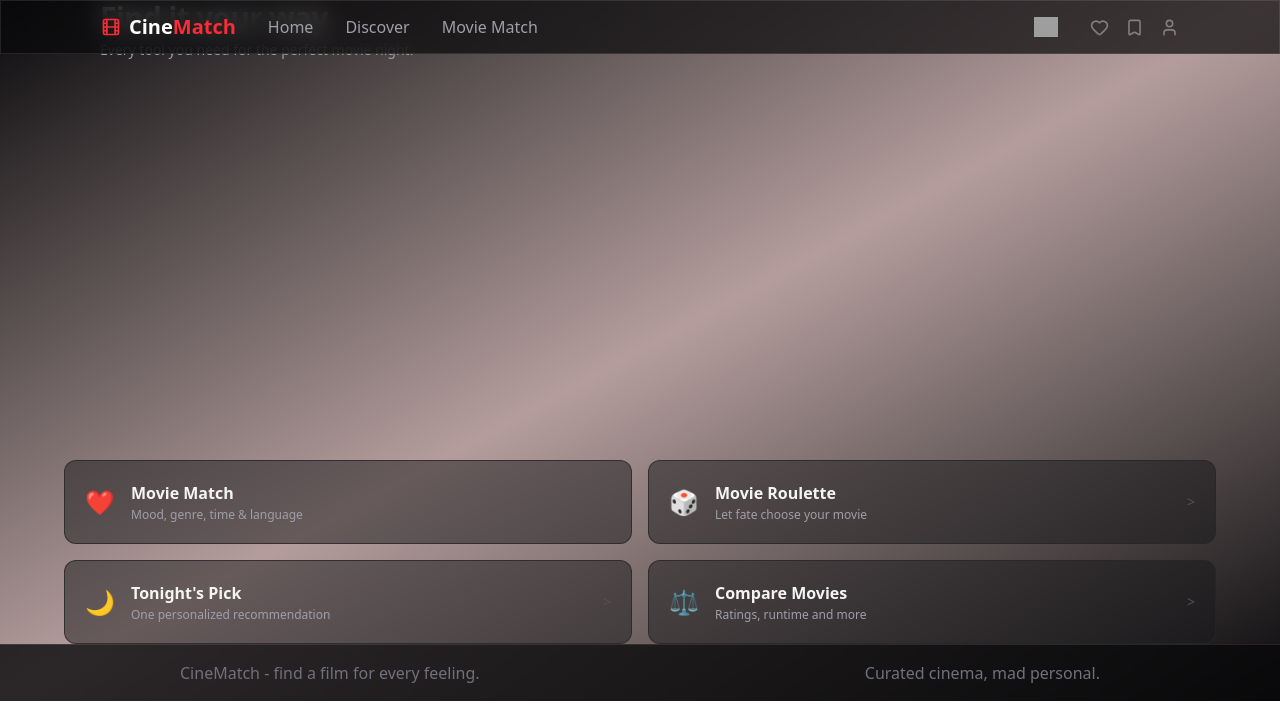
Repository: Mahak182005/CineMatch
Page: /match
These files come from the project's save history. The page is drawn as it stood at one moment and after the next save; the edit follows.
The browser window is 1280 px wide. The pictures show the whole page.
Pictures or frames that could not be fetched are drawn as grey boxes. The project was rebuilt for these pictures with package versions that can differ from the ones it lists, and the page was loaded fresh each time. Also part of the build but not shown: vite.config.js, src/Components/Mood.jsx, src/Data/MoodData.js, src/Data/api.js, src/Components/MovieCart.jsx, src/Logic/search.js, src/pages/Home.jsx, src/pages/Favorites.jsx and 3 more.

Above is the page before, as saved 2026-10-12 12:52:14.

After the next save:
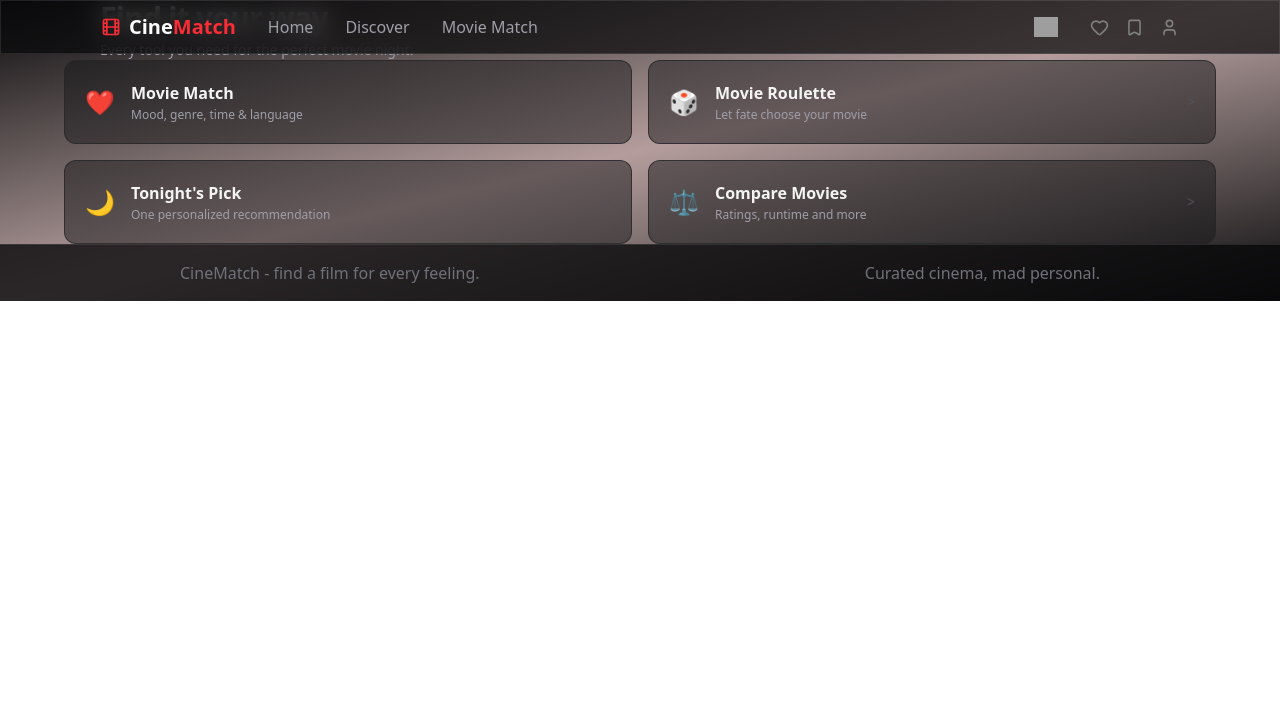
Saved 8 s later.
--- a/src/pages/MovieMatch.jsx
+++ b/src/pages/MovieMatch.jsx
@@ -2,7 +2,7 @@
     return(
         <>
             <div classNameName=" bg-gradient-to-br from-zinc-950 via-red-950/40 to-zinc-950 text-white p-8">
-                <div className="max-w-6xl mx-25 mb-100">
+                <div className="max-w-6xl mx-25">
                     <h1 className="text-3xl font-extrabold tracking-tight text-white">Find it your way</h1>
                     <p className="text-zinc-400 text-sm mt-1">Every tool you need for the perfect movie night.</p>
                 </div>
